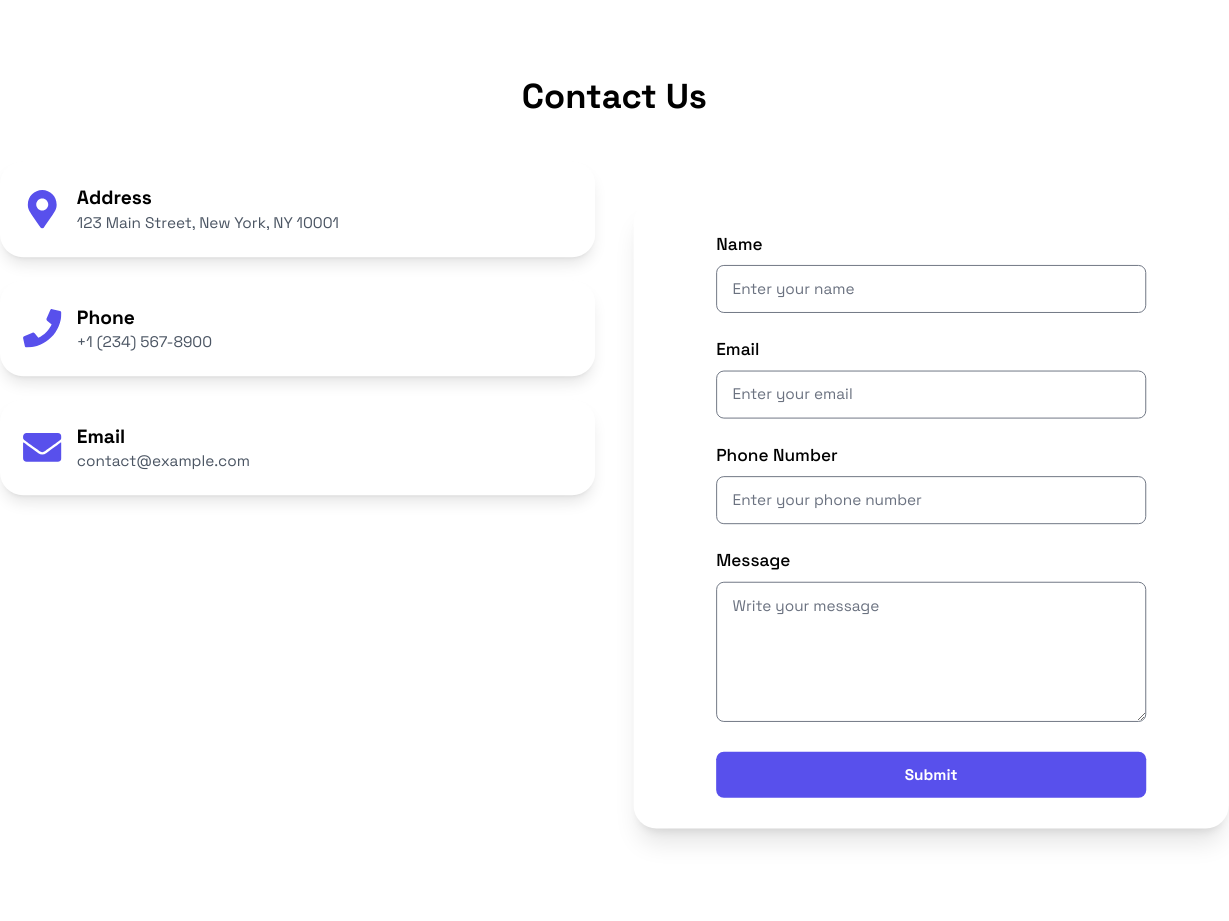
Repository: sabeelyousaf/clearterms
Page: /components/contact
An editor plug-in stored every save of this project. The page is shown before and after the next save, followed by the edit.
The browser window is 1280 px wide. The pictures show the whole page, at 96% of full size.
The project was rebuilt for these pictures with package versions that can differ from the ones it lists, and the page was loaded fresh each time. The framework's server and built-in components were replaced by stand-ins that run in the browser. Also part of the build but not shown: next.config.js.

Above is the page before, as saved 2024-12-01 01:59:15.

After the next save:
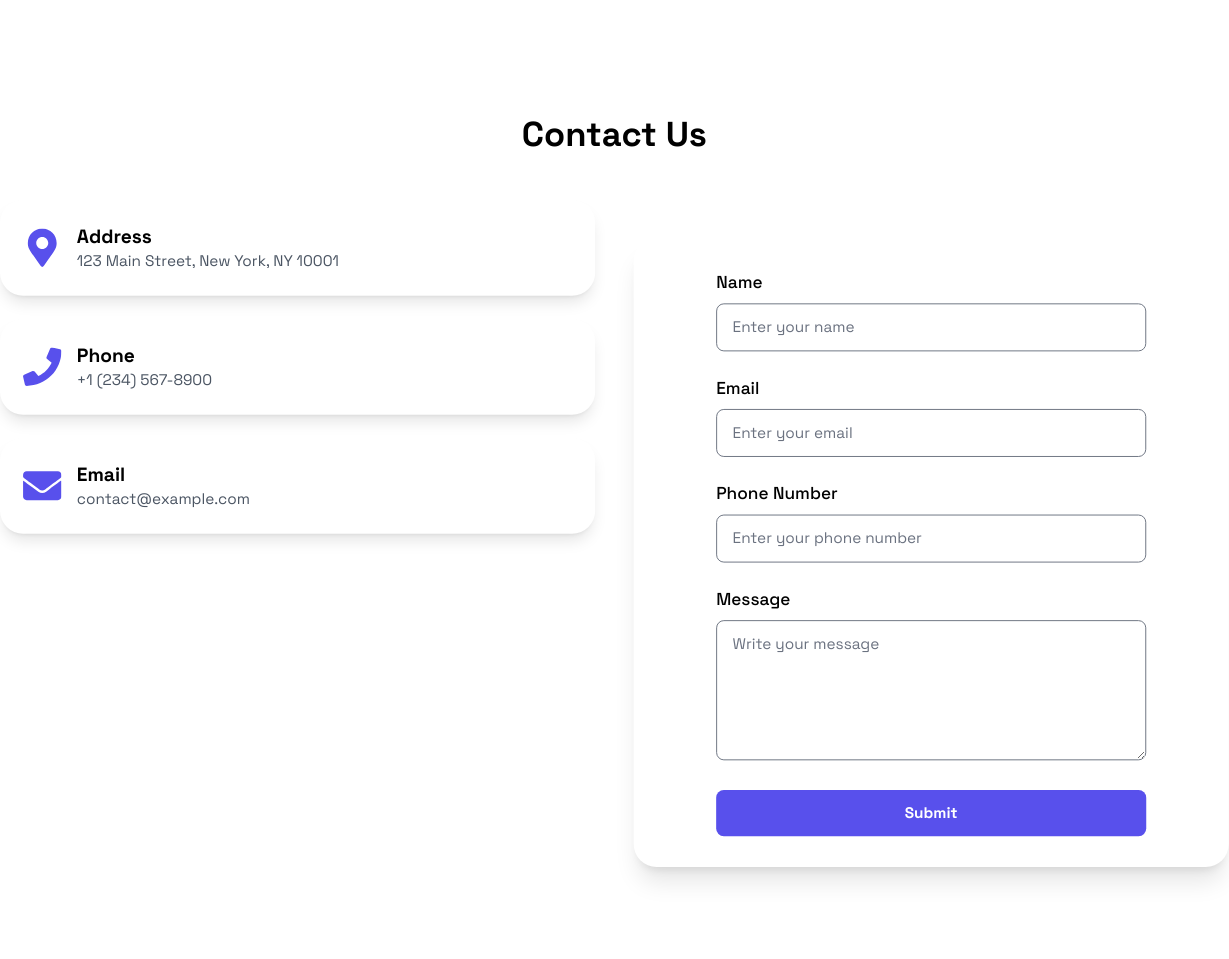
Saved 10 s later.
--- a/src/app/components/contact/page.jsx
+++ b/src/app/components/contact/page.jsx
@@ -53,10 +53,7 @@
       animate={{ opacity: 1 }}
       transition={{ duration: 0.8 }}
     >
-      <div className="max-w-screen-xl mx-auto md:px-0 px-3 mb-4 .mob-margin{
-  margin-top: 40px!important;
-}
-">
+      <div className="max-w-screen-xl mx-auto md:px-0 px-3 mb-4 mob-margin">
         <h2 className="text-4xl font-bold text-center mb-12">Contact Us</h2>
         <div className="flex flex-wrap ">
           {/* Icons Section */}

After the save that followed:
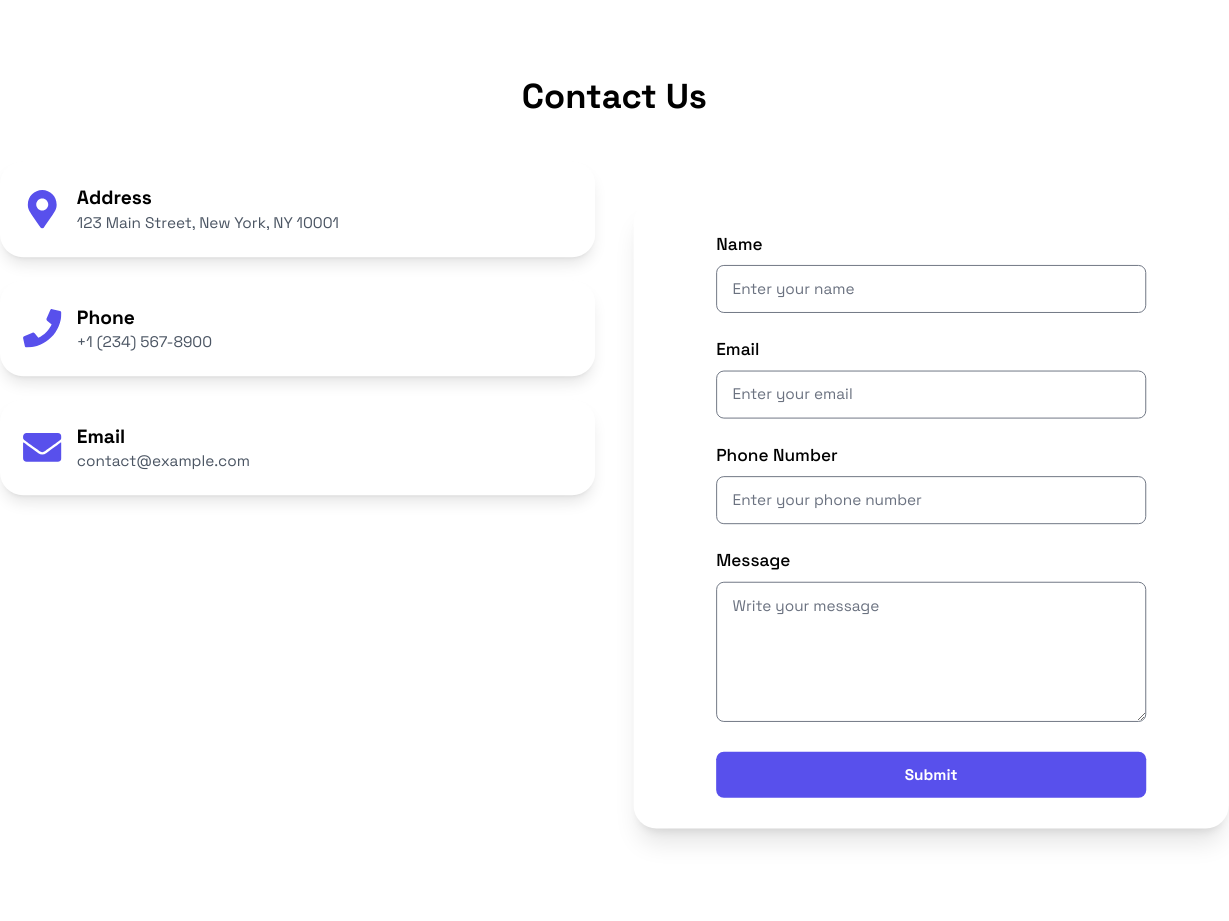
Saved 9 s later.
--- a/src/app/components/contact/page.jsx
+++ b/src/app/components/contact/page.jsx
@@ -53,7 +53,7 @@
       animate={{ opacity: 1 }}
       transition={{ duration: 0.8 }}
     >
-      <div className="max-w-screen-xl mx-auto md:px-0 px-3 mb-4 mob-margin">
+      <div className="max-w-screen-xl mx-auto md:px-0 px-3 mb-4 ">
         <h2 className="text-4xl font-bold text-center mb-12">Contact Us</h2>
         <div className="flex flex-wrap ">
           {/* Icons Section */}
